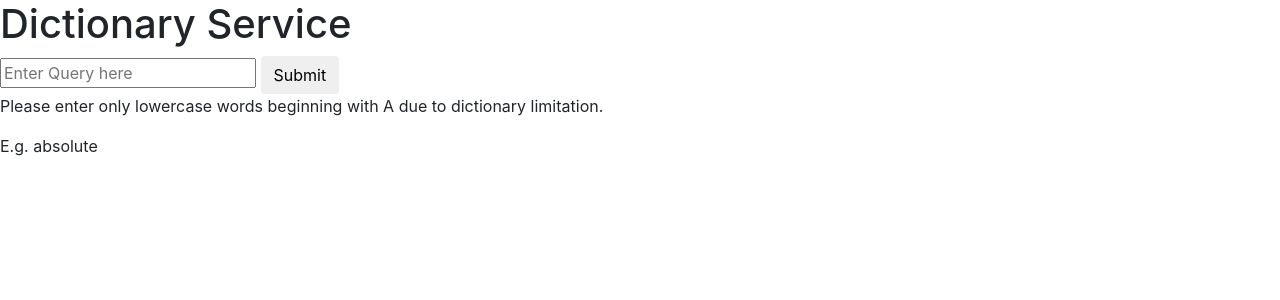
Repository: IanBurke1/AsyncRMI_DictionaryService
Page: http://localhost/AsyncRMI_DictionaryService/index.jsp
An editor plug-in stored every save of this project. The page is shown before and after the next save, followed by the edit.
The browser window is 1280 px wide. The pictures show the whole page.
The page is served by Tomcat 9. Nobody is signed in. The application's start-up code is not run.

Above is the page before, as saved 2017-12-22 19:29:07.

After the next save:
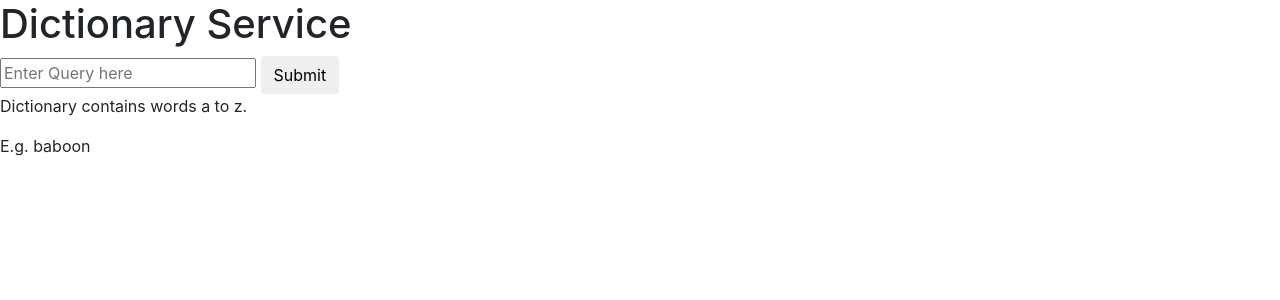
Saved 5 min 23 s later.
--- a/AsyncRMI_DictionaryService/WebContent/index.jsp
+++ b/AsyncRMI_DictionaryService/WebContent/index.jsp
@@ -15,7 +15,7 @@
     <input name="query" placeholder="Enter Query here">
   <button type="submit" class="btn btn-default">Submit</button>
 </form>
-<p> Please enter only lowercase words beginning with A due to dictionary limitation.</p>
-<p>E.g. absolute </p>
+<p> Dictionary contains words a to z.</p>
+<p>E.g. baboon </p>
 </body>
 </html>
